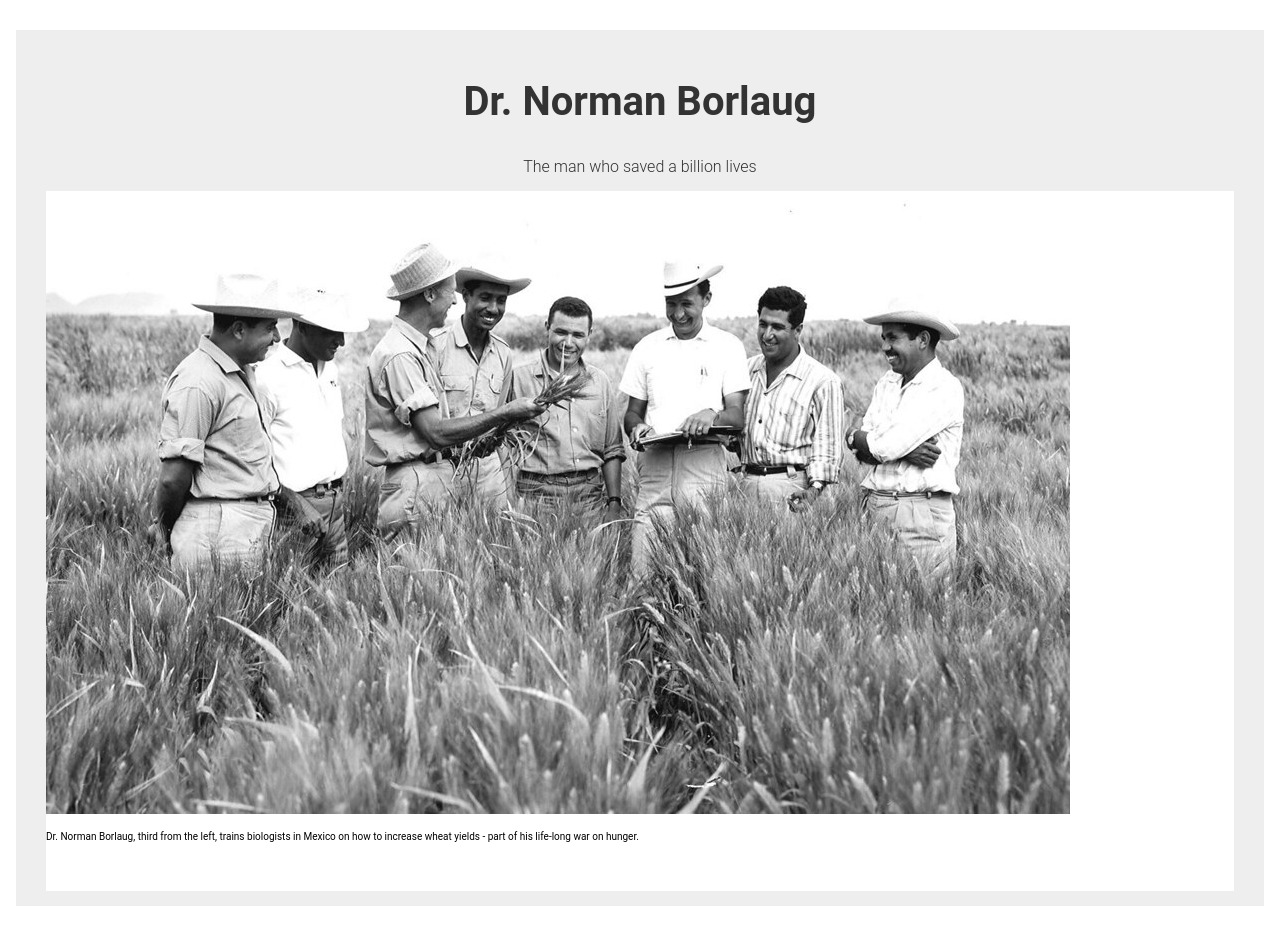
Repository: HTDuy01/github-demo
Page: freecodecamp/index.html
These files come from the project's save history. The page is drawn as it stood at one moment and after the next save; the edit follows.
The browser window is 1280 px wide. The pictures show the whole page.

Above is the page before, as saved 2021-11-17 20:15:42.

### freecodecamp/index.html
<!DOCTYPE html>
<html lang="en">
<head>
    <meta charset="UTF-8">
    <meta http-equiv="X-UA-Compatible" content="IE=edge">
    <meta name="viewport" content="width=device-width, initial-scale=1.0">
    <title>Document</title>
    <link rel="stylesheet" href="/assets/css/style.css">
    <link rel="stylesheet" href="/assets/css/base.css">
</head>
<body>
    <div class="main">
        <header id="title">
            <h1 class="heading">Dr. Norman Borlaug</h1>
            <p class="sub-heading">The man who saved a billion lives</p>
        </header>

        <div id="img-div">
            <img src="/assets/img/tribute-page-main-image.jpg" alt="" class="img">
            <p class="content-img">Dr. Norman Borlaug, third from the left, trains biologists in Mexico on how to increase wheat yields - part of his life-long war on hunger.</p>
        </div>

        <div class="content">

        </div>

        <footer class="footer">

        </footer>
    </div>
</body>
</html>

### freecodecamp/assets/css/style.css
.main {
    background-color: #eee;
    margin: 30px 8px;
    padding: 15px;
}

/* header */
#title {
    text-align: center;
}

.heading {
    color: var(--color-header);
    font-size: 4rem;
    font-weight: 600;
    margin-top: 27px;
    line-height: 60px;
}

.sub-heading {
    font-size: 1.6rem;
    color: var(--color-header);
    font-weight: 300;
}

/* Bener */
#img-div {
    height: 700px;
    background-color: #fff;
    margin: 0 15px;
}

### freecodecamp/assets/css/base.css

* {
    box-sizing: inherit;
}

html {
    font-size: 62.5%;
    line-height: 1.6rem;
    font-family: 'Roboto', sans-serif;
    box-sizing: border-box;
}

:root {
    --color-header:#333;
}

After the next save:
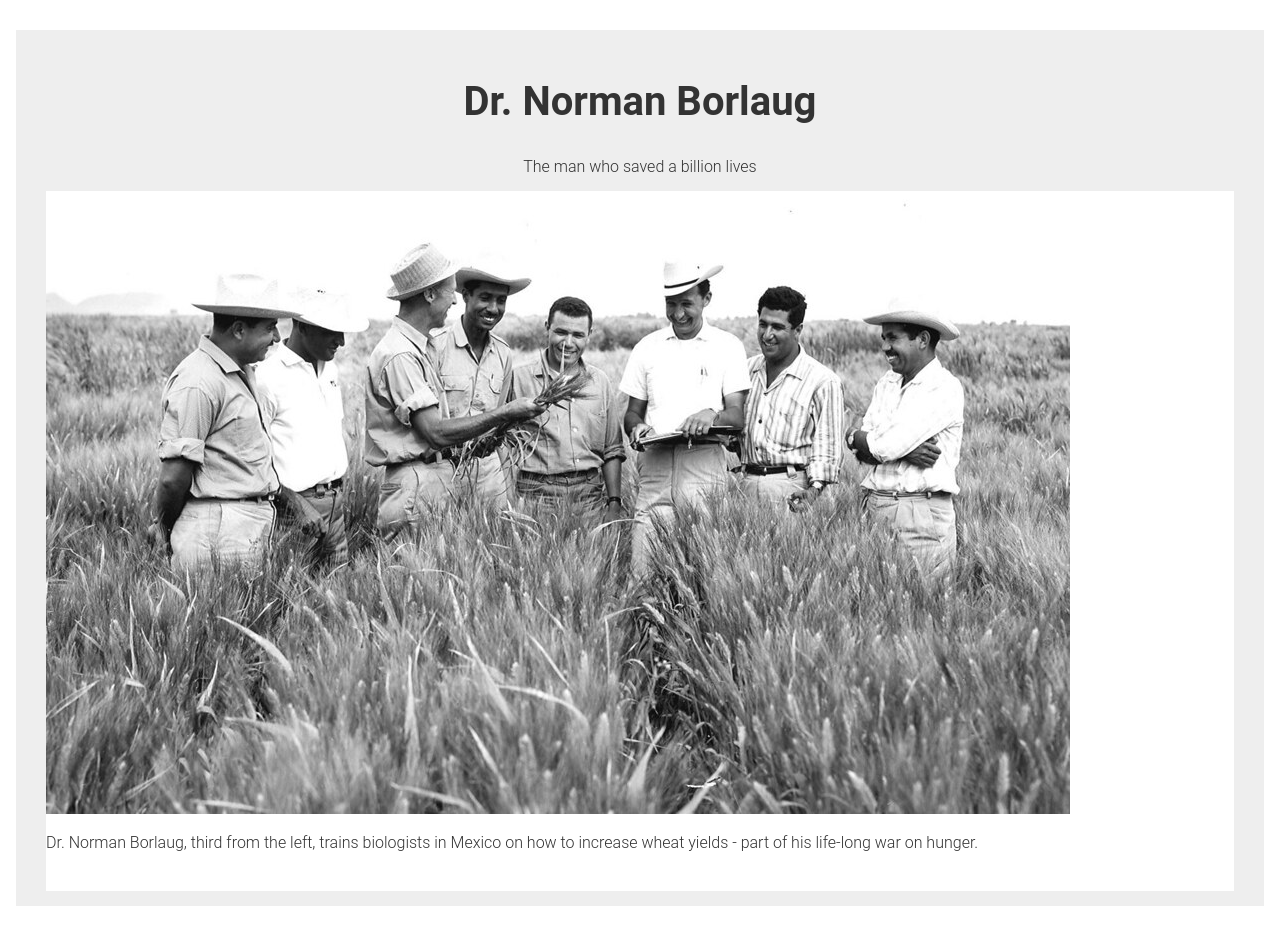
Saved 56 s later.
--- a/freecodecamp/assets/css/style.css
+++ b/freecodecamp/assets/css/style.css
@@ -29,3 +29,9 @@
     background-color: #fff;
     margin: 0 15px;
 }
+
+.content-img {
+    font-size: 1.6rem;
+    color: var(--color-header);
+    font-weight: 300;
+}
